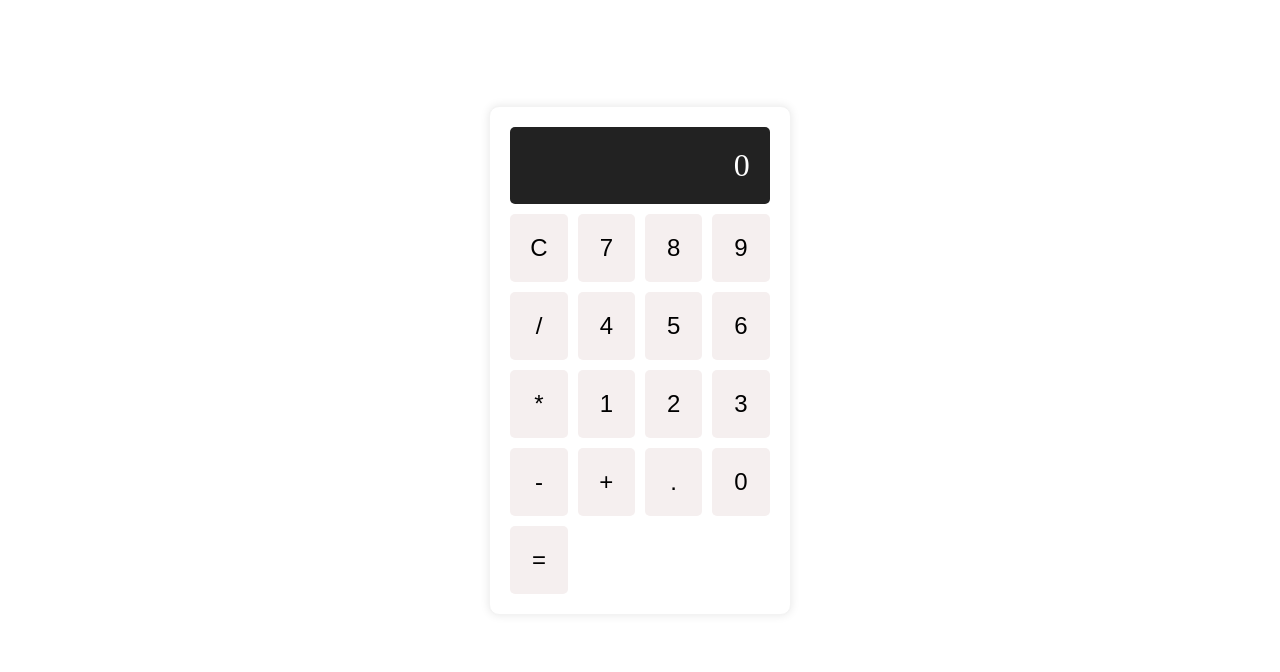
Repository: alizey12/calculator
Page: index.html
The author's editor kept a copy of each file at every save. The page is drawn from the files as they stood at one save, then again after a run of saves.
The browser window is 1280 px wide. The pictures show the whole page.

Above is the page before, as saved 2024-11-23 18:46:20.

### index.html
<!DOCTYPE html>
<html lang="en">
<head>
    <meta charset="UTF-8">
    <meta name="viewport" content="width=device-width, initial-scale=1.0">
    <title>Document</title>
    <link rel="stylesheet" href="styles.css">
</head>
<body>
 <div class="calculator">
            <div class="display" id="display">0</div>
            <div class="buttons">


                <button class="btn" id="clear">C</button>
                <button class="btn">7</button>
                <button class="btn">8</button>
                <button class="btn">9</button>
                <button class="btn operator">/</button>
                <button class="btn">4</button>
                <button class="btn">5</button>
                <button class="btn">6</button>
                <button class="btn operator">*</button>
                <button class="btn">1</button>
                <button class="btn">2</button>
                <button class="btn">3</button>
                <button class="btn operator">-</button>
                <button class="btn operator">+</button>
                <button class="btn">.</button>
                <button class="btn">0</button>
                <button class="btn operator" id="equals">=</button>


            </div>
        </div>


    <script src="script.js"></script>
</body>
</html>

### styles.css
body {
    display: flex;
    justify-content: center;
    align-items: center;
    height: 100vh;
    background-color: #ffffff;
    margin: 0;
}

.calculator {
    border: 1px solid #f3f3f3;
    border-radius: 10px;
    padding: 20px;
    background-color: #fff;
    box-shadow: 0 0 10px rgba(0, 0, 0, 0.1);
}

.display {
    font-size: 2em;
    margin-bottom: 10px;
    padding: 20px;
    background-color: #222;
    color: #fff;
    text-align: right;
    border-radius: 5px;
}


.buttons {
    display: grid;
    grid-template-columns: repeat(4, 1fr);
    gap: 10px;
}

.btn {
    padding: 20px;
    font-size: 1.5em;
    border: none;
    border-radius: 5px;
    background-color: #f5efef;
    cursor: pointer;
}

/*.btn.operator {
    background-color: #da9ac4;
    color: #fff;
}

.btn#clear {
    background-color: #ff3b30;
    color: #fff;
}

.btn#equals {
    grid-column: span 4;
    background-color: #186e2e;
    color: #fff;
} */

Loaded but not shown: script.js (no copy from this time; the picture is the same without it)

After the next 2 saves:
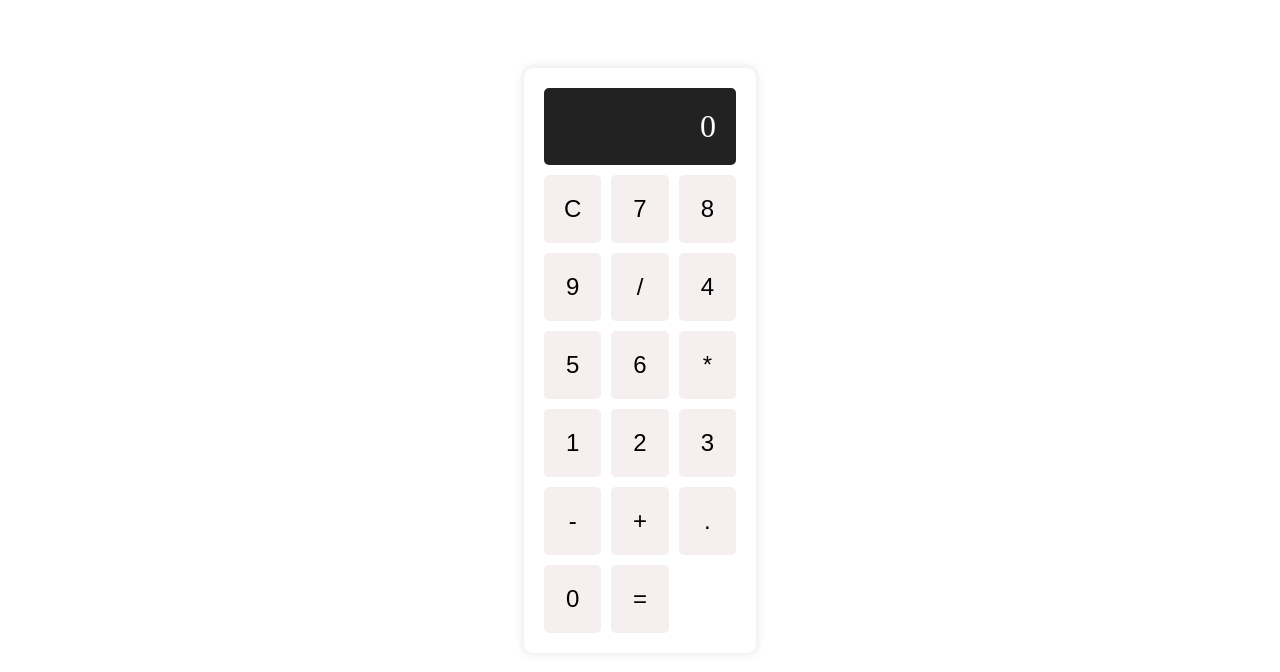
The 2 saves are shown as one change because they came seconds apart.
The last was saved 12 s later.
--- a/styles.css
+++ b/styles.css
@@ -28,7 +28,7 @@ body {
 
 .buttons {
     display: grid;
-    grid-template-columns: repeat(4, 1fr);
+    grid-template-columns: repeat(3, 1fr);
     gap: 10px;
 }
 
